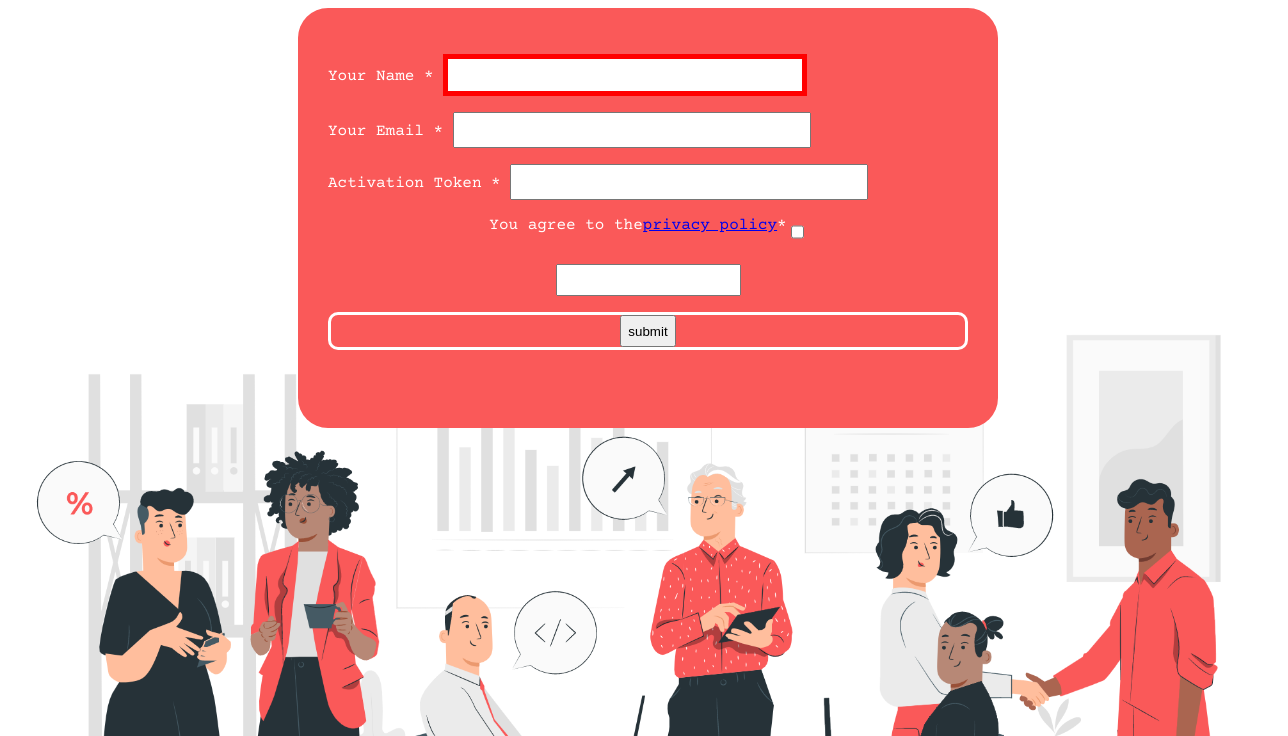
Repository: Rachael4life/Assignment-1
Page: starter-code/src/index.html
An editor plug-in stored every save of this project. The page is shown before and after the next save, followed by the edit.
The browser window is 1280 px wide. The page is 1288 px wide, so the pictures cover 1288 px, including what lies to the right of the window. The pictures show the whole page.

Above is the page before, as saved 2022-02-25 16:40:43.

### starter-code/src/index.html
<!DOCTYPE html>
<html lang="en">
<head>
    <meta charset="UTF-8">
    <meta http-equiv="X-UA-Compatible" content="IE=edge">
    <meta name="viewport" content="width=device-width, initial-scale=1.0">
    <link rel="stylesheet" href="style.css">
    <link rel="preconnect" href="https://fonts.googleapis.com">
<link rel="preconnect" href="https://fonts.gstatic.com" crossorigin>
    <link href="https://fonts.googleapis.com/css2?family=Courier+Prime&display=swap" rel="stylesheet">
    <title>Assignment 1</title>
</head>
<body>
    <div id="ramyeon">

        <form class="kimchi">
            <div> <p></p>
                <label for="name">Your Name <span class="asteric">*</span></label>
                <input class="formgroup" type="text" name="name" id="name" placeholder="">
            </div>
            <div> <p></p>
                <label for="email">Your Email <span class="asteric">*</span> </label>
                <input class="formgroup" type="text" name="email" id="email" placeholder="">
            </div>
            <div> <p></p>
                <label for="password">Activation Token <span class="asteric">*</span> </label>
                <input class="formgroup" type="password" name="activation token" id="password" placeholder="">
            </div>
           <p></p>
            <div id="water"><p></p>
                You agree to the <a href="privacy policy"> privacy policy</a> * <input type="checkbox">
            </div>
            <p></p>
            <div id="beef"><p></p>
                <input type="text">
            </div>
            <p></p>
            <div id="gogi"><p></p>
                <button type="button">submit</button>
            </div>
        </form>
    </div>
</body>
</html>

### starter-code/src/style.css
body {
    color: white;
    font-family: 'Courier Prime', monospace;
    width: 100vw;
    height: 100vh;
    background-image: url("img.png");
    background-size: cover;
    background-repeat: no-repeat;
}
form {
    background-color: #fa5959;
    font-size: 16px;
    width: 50%;
    height: 50%;
    padding: 30px;
    border-radius: 30px;
}
#ramyeon {
    display: flex;
    justify-content: center;
    align-content: space-between;
    width: 100%;
    height: 100%;
}
#beef {
    align-content: center;
    justify-content: center;
    display: flex;
}
#gogi {
    display: flex;
    justify-content: center;
    align-content:center;
    border-style: solid;
    border width: 30%;
    border-radius: 10px 10px 10px 10px;
    bor
}
#water {
    align-content: center;
    justify-content: center;
    display:flex;
}
.formgroup {
    width: 350px;
    height: 30px;
}
#name {
    border: 5px solid red;
}

After the next save:
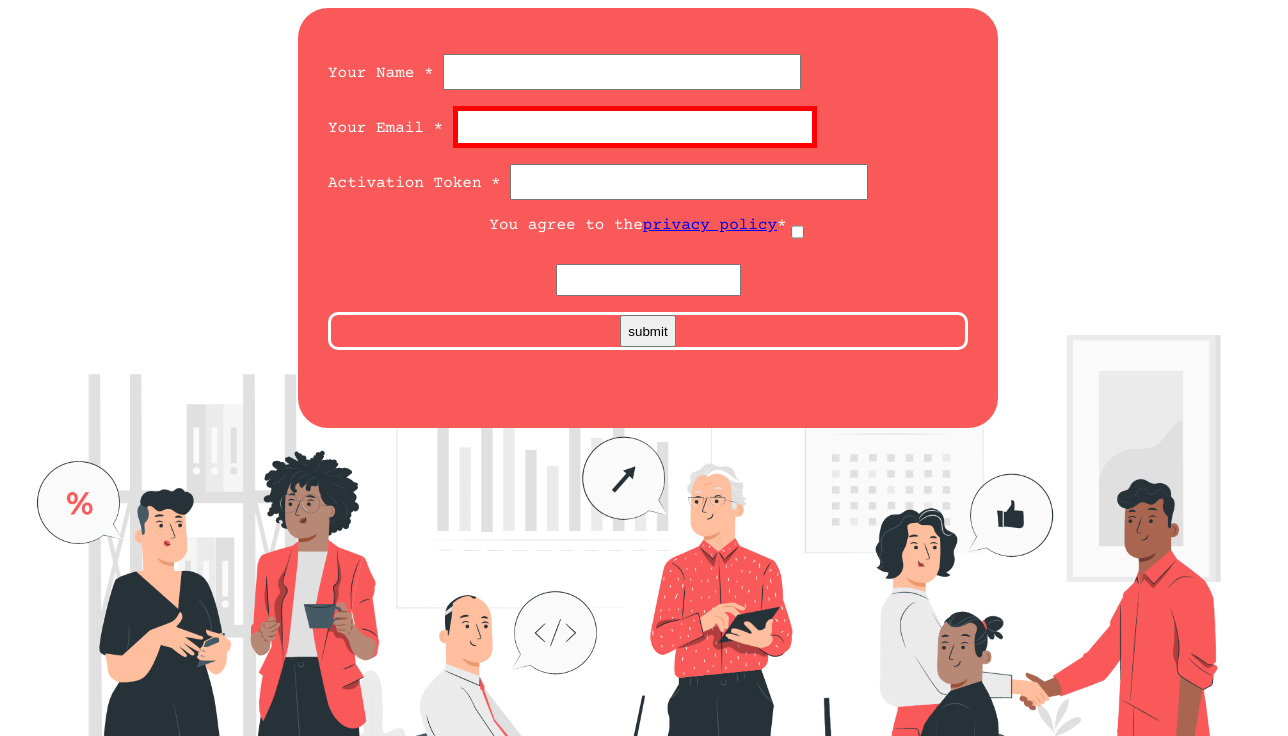
Saved 44 s later.
--- a/starter-code/src/style.css
+++ b/starter-code/src/style.css
@@ -45,6 +45,6 @@ form {
     width: 350px;
     height: 30px;
 }
-#name {
+#email {
     border: 5px solid red;
 }
